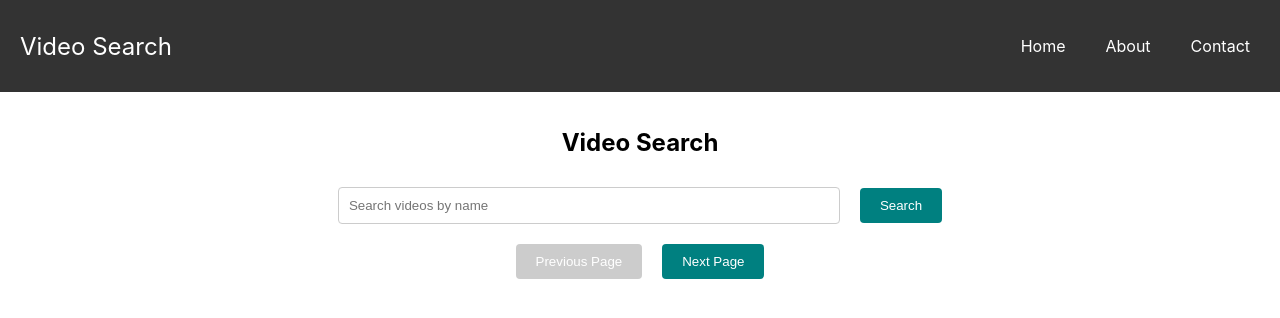
Repository: LolaSL/video-search
Page: /
An editor plug-in stored every save of this project. The page is shown before and after the next save, followed by the edit.
The browser window is 1280 px wide. The pictures show the whole page.
The project was rebuilt for these pictures with package versions that can differ from the ones it lists, and the page was loaded fresh each time.

Above is the page before, as saved 2023-08-12 13:37:09.

### src/App.js
import React from 'react';
import './App.css';
import VideoSearch from './VideoSearch';
import Navbar from './Navbar';
import { BrowserRouter as Router } from 'react-router-dom';

function App() {
  return (
    <Router>
      <div className="App">
        <Navbar />
        <div className="container">
          <VideoSearch />
        </div>
      </div>
    </Router>
  );
}

export default App;

### src/App.css
.App {
  text-align: center;
}

.container {
  max-width: 800px;
  margin: 0 auto;
  padding: 20px;
}

h1 {
  font-size: 24px;
  margin-bottom: 20px;
}

input[type="text"] {
  padding: 10px;
  width:60%;
  margin: 10px;
  border: 1px solid #ccc;
  border-radius: 4px;
}

button {
  margin: 10px;
  padding: 10px 20px;
  background: teal;
  color: #fff;
  border: none;
  border-radius: 4px;
  cursor: pointer;
}

button:disabled {
  background-color: #ccc;
  cursor: not-allowed;
}

iframe {
  width: 100%;
  height: 415px;
  border: none;
  margin-top: 15px;
}

.video-item {
  margin: 20px 0;
  padding: 20px;
  border: 1px solid #ccc;
  border-radius: 4px;
}

.video-title {
  font-size: 18px;
  margin-bottom: 10px;
}

.pagination {
  margin-top: 20px;
}

.pagination button {
  margin-right: 10px;
}
/* Navbar styles */
.navbar {
  display: flex;
  justify-content: space-between;
  align-items: center;
  padding: 10px 20px;
  background-color: #333;
  color: white;
}

.navbar-logo {
  font-size: 1.5rem;
}

.nav-toggle {
  display: none;
  background: none;
  border: none;
  color: white;
  font-size: 1rem;
  cursor: pointer;
}

.navbar-nav {
  list-style: none;
  display: flex;
  gap: 20px;
}

.nav-item {
  padding: 10px;
}

.nav-link {
  color: white;
  text-decoration: none;
}

/* Show the navigation links when the navbar is open */
.navbar-nav.open {
  display: flex;
  flex-direction: column;
  position: absolute;
  background-color: #333;
  top: 55px;
  right: 20px;
  z-index: 1000;
}


@media screen and (max-width: 768px) {

  .container {
    padding: 10px;
    margin: 30px;
  }

  input[type="text"] {
    width:80%;
    margin: 20px;
    margin-bottom: 10px;
  }

  button {
    width: 50%;
    margin-bottom: 10px;
  }

  .video-item {
    padding: 10px;
    margin: 10px 20px;
  }

  .pagination {
    text-align: center;
  }
}

### src/VideoSearch.jsx
import React, { useState } from 'react';
import axios from 'axios';

const API_KEY = 'AIzaSyAZw_7fp6hzKHZ_UNfC9jRiNJBWZQnTOmM';
const CHANNEL_ID = 'CSgDjZ_Vv8g';
const RESULTS_PER_PAGE = 10;


const VideoSearch = () => {
    const [videos, setVideos] = useState([]);
    const [searchTerm, setSearchTerm] = useState('');
    const [currentPage, setCurrentPage] = useState(1);

    const searchVideos = async () => {
      try {
        const response = await axios.get(
          `https://www.googleapis.com/youtube/v3/search?key=${API_KEY}&channelId=${CHANNEL_ID}&part=snippet,id&type=video&q=${searchTerm}&maxResults=${RESULTS_PER_PAGE}&pageToken=${currentPage > 1 ? videos.length : ''}`
        );

        setVideos(response.data.items);
      } catch (error) {
        console.error('Error fetching videos:', error);
      }
    };

    const handlePageChange = (newPage) => {
      setCurrentPage(newPage);
      searchVideos();
    };

    return (
      <div>
        <h1>Video Search</h1>
        <input
          type="text"
          placeholder="Search videos by name"
          value={searchTerm}
          onChange={(e) => setSearchTerm(e.target.value)}
        />
        <button onClick={() => handlePageChange(1)}>Search</button>

        <div>
          {videos.map((video) => (
            <div key={video.id.videoId}>
              <h2>{video.snippet.title}</h2>
              <iframe
                title={video.snippet.title}
                width="560"
                height="415"
                src={`https://www.youtube.com/embed/${video.id.videoId}`}
                // frameBorder="0"
                allowFullScreen
              ></iframe>
            </div>
          ))}
        </div>

        <div>
          <button
            onClick={() => handlePageChange(currentPage - 1)}
            disabled={currentPage === 1}
          >
            Previous Page
          </button>
          <button onClick={() => handlePageChange(currentPage + 1)}>Next Page</button>
        </div>
      </div>
    );
  };

  export default VideoSearch;

### src/Navbar.jsx
import React, { useState } from 'react';
import { Link } from 'react-router-dom';

const Navbar = () => {
  const [isNavOpen, setIsNavOpen] = useState(false);

  const toggleNav = () => {
    setIsNavOpen(!isNavOpen);
  };

  return (
    <nav className="navbar">
      <div className="navbar-brand">
        <span className="navbar-logo">Video Search</span>
      </div>
      <button className="nav-toggle" onClick={toggleNav}>
        {isNavOpen ? 'Close' : 'Open'}
      </button>
      <ul className={`navbar-nav ${isNavOpen ? 'open' : ''}`}>
        <li className="nav-item">
          <Link to="/" className="nav-link">Home</Link>
        </li>
        <li className="nav-item">
          <Link to="/about" className="nav-link">About</Link>
        </li>
        <li className="nav-item">
          <Link to="/contact" className="nav-link">Contact</Link>
        </li>
      </ul>
    </nav>
  );
};

export default Navbar;

Loaded but not shown: public/index.html (common file); src/index.js (common file); src/index.css (common file); src/reportWebVitals.js (common file)

After the next save:
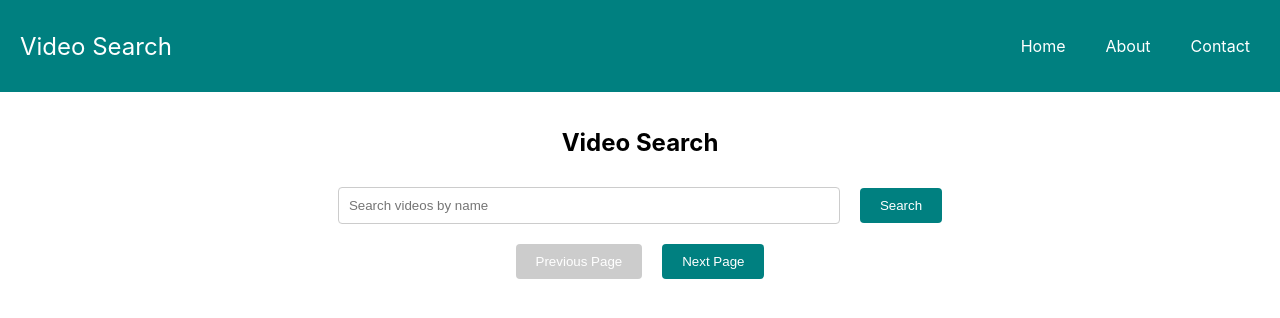
Saved 14 s later.
--- a/src/App.css
+++ b/src/App.css
@@ -68,7 +68,8 @@ iframe {
   justify-content: space-between;
   align-items: center;
   padding: 10px 20px;
-  background-color: #333;
+  color: white;
+  background: teal;
   color: white;
 }
 
